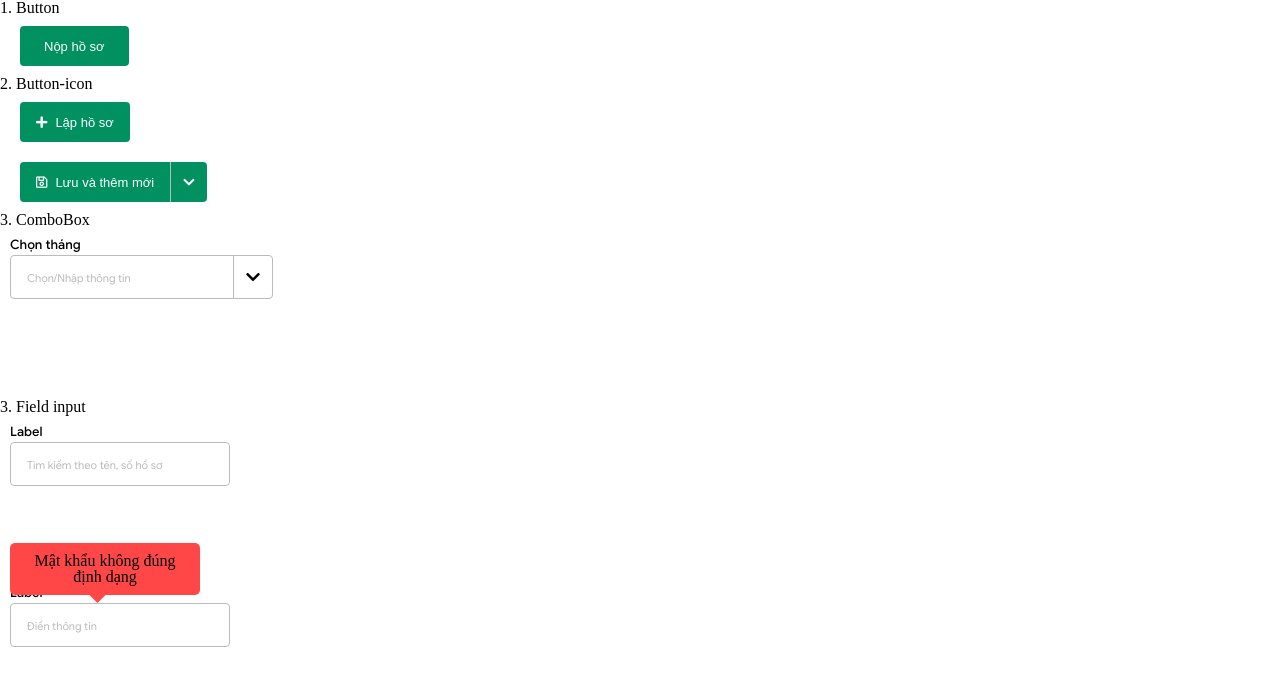
Repository: DAOVANLOI2K1/cukcuk_employeeGrid
Page: Page/index.html
The author's editor kept a copy of each file at every save. The page is drawn from the files as they stood at one save, then again after the next save.
The browser window is 1280 px wide. The pictures show the whole page.

Above is the page before, as saved 2022-06-28 09:57:18.

### Page/index.html
<!DOCTYPE html>
<html lang="en">
<head>
    <meta charset="UTF-8">
    <meta http-equiv="X-UA-Compatible" content="IE=edge">
    <meta name="viewport" content="width=\\, initial-scale=1.0">
    <link rel="stylesheet" href="../css/common/common.css">
    <link rel="stylesheet" href="../css/layout/reset.css">
    <link rel="stylesheet" href="../asset/font/fontawesome-5.15.1/css/all.min.css">
    <title>Document</title>
</head>
<body>
    <label>1. Button</label>
    <div class="row">
        <button class="ms-btn">Nộp hồ sơ</button>
    </div>
    <label>2. Button-icon</label>
    <div class="row">
        <button class="ms-btn ms-btn-icon"><i class="fas fa-plus icon"></i>Lập hồ sơ</button>
    </div>
    <div class="row">
        <button class="ms-btn ms-btn-icon btn2"><i class="far fa-save icon"></i>Lưu và thêm mới</button>
        <button class="ms-btn arrow-down"><i class="fas fa-chevron-down icon"></i></button>
    </div>
    <label>3. ComboBox</label>
    <div class="row">
        <h3 class="label">Chọn tháng</h3>
        <div class="combo_box">
            <input type="text" class="ms-input input1" id="input" placeholder="Chọn/Nhập thông tin">
            <i class="fas fa-chevron-down icon"></i>
            <div class="options-dropdown">
                <div class="option">
                    <i class="fas fa-check option_icon"></i>
                    <h3 class="option_text">Trạng thái 1</h3>
                </div>
                <div class="option">
                    <i class="fas fa-check option_icon"></i>
                    <h3 class="option_text">Trạng thái 2</h3>
                </div>
            </div>
        </div>
    </div>
    <label>3. Field input</label>
    <div class="row">
        <h3 class="label">Label</h3>
        <input type="text" class="ms-input" placeholder="Tìm kiếm theo tên, số hồ sơ">
    </div>
    <div class="row" style="margin-top: 100px;">
        <h3 class="label">Label</h3>
        <input type="text" class="ms-input" placeholder="Điền thông tin">
        <div class="error_box">
            <h2 class="error_message">Mật khẩu không đúng định dạng</h2>
        </div>
    </div>
    <script src="../js/main.js"></script>
</body>
</html>

### css/common/common.css
@import url(button.css);
@import url(input.css);
@import url(combobox.css);
@import url(fieldInput.css);

body {
    font-family: GoogleSans-Regular;
    box-sizing: border-box;
}

.row {
    margin-left: 10px;
}

@font-face {
    font-family: GoogleSans-Bold;
    src: url(../../asset/font/GoogleSans-Bold.otf);
}
@font-face {
    font-family: GoogleSans-Medium;
    src: url(../../asset/font/GoogleSans-Medium.otf);
}
@font-face {
    font-family: GoogleSans-Regular;
    src: url(../../asset/font/GoogleSans-Regular.otf);
}

### js/main.js
// click arrow combobox
document.querySelector('.combo_box .icon').addEventListener('click', function(e) {
    this.classList.toggle('active');
    document.getElementsByClassName('option')[1].classList.remove('active');
    document.getElementsByClassName('option')[0].classList.remove('active');
});
// click option drop combobox
document.getElementsByClassName('option')[0].addEventListener('click', function() {
    this.classList.add('active');
    document.getElementsByClassName('option')[1].classList.remove('active');
    document.getElementById('input').value = 'Trạng thái 1';
});
document.getElementsByClassName('option')[1].addEventListener('click', function() {
    this.classList.add('active');
    document.getElementsByClassName('option')[0].classList.remove('active');
    document.getElementById('input').value = 'Trạng thái 2';
});

### css/common/button.css
.ms-btn {
    margin: 10px;
    height: 40px;
    padding: 0 24px;
    color: #fff;
    background-color: #019160;
    border-radius: 4px;
    font-size: 13px;
    align-items: center;
    border: none;
    cursor: pointer;
    min-width: 100px;
    transition: all .1s linear;
}

.ms-btn:hover {
    background-color: #2fbe8e;
}

.ms-btn:active {
    background-color: #01b075;
}

.ms-btn-icon {
    padding: 0 16px;
    text-align: left;
    margin-right: 0;
}

.ms-btn-icon > .icon{
    margin-right: 8px;
}

.btn2 {
    border-top-right-radius: 0;
    border-bottom-right-radius: 0;
}

.arrow-down {
    padding: 0 12px;
    min-width: unset;
    margin-left: -4px;
    border-left: 1px solid #bbb;
    border-bottom-left-radius: 0;
    border-top-left-radius: 0;
}
.arrow-down:hover > .icon {
    transform: rotate(180deg);
}

### css/common/input.css
.ms-input {
    outline: none;
    padding-left: 16px;
    height: 40px;
    border: 1px solid #bbb;
    border-radius: 4px;
    width: 200px;
    font-size: 13px;
    color: #000;
}

.label {
    margin-top: 10px;
    margin-bottom: 4px;
    font-size: 13px;
    color: #000;
    font-family: GoogleSans-Medium;
}

.ms-input::placeholder {
    font-size: 11px;
    color: #bbb;
    font-family: GoogleSans-Regular;
}

.ms-input:focus {
    border-color: #019160;
}

### css/common/combobox.css
.input1 {
    padding-right: 45px;
}

.combo_box {
    position: relative;
    display: inline-block;
    margin-bottom: 100px;
}

.combo_box > .icon {
    position: absolute;
    top: 1px;
    right: 1px;
    padding: 13px 12px;
    border-left: 1px solid #bbb;
    border-top-right-radius: 4px;
    border-bottom-right-radius: 4px;
    cursor: pointer;
}
.icon.active {
    border-top-right-radius: 0;
    border-bottom-right-radius: 0;
    border-top-left-radius: 4px;
    border-bottom-left-radius: 4px;
    border-left: none;
    border-right: 1px solid #bbb;
    background-color: #e9ebee;
    transform: rotate(180deg);
}
.icon.active ~ .options-dropdown {
    opacity: 1;
    visibility: visible;
}

.options-dropdown {
    position: absolute;
    padding: 5px 0;
    top: 100%;
    left: 0;
    width: 100%;
    border-radius: 4px;
    box-shadow: 0 2px 5px 0 rgba(0, 0, 0, 0.432);
    opacity: 0;
    visibility: hidden;
    transition: all .1s linear;
}

.option {
    display: flex;
    align-items: center;
    height: 40px;
}

.option_icon {
    margin: 0 10px;
    font-size: 16px;
    opacity: 0;
}

.option:hover {
    background-color: #e9ebee;
}

.option.active {
    background-color: #019160;
    color: white;
}
.option.active > .option_icon{
    opacity: 1;
}

### css/common/fieldInput.css
.error_box {
    width: 150px;
    padding: 10px 20px;
    background-color: #ff4747;
    text-align: center;
    border-radius: 5px;
    position: relative;
    transform: translateY(-200%);
}

.error_box::before {
    content: "";
    position: absolute;
    bottom: -5px;
    right: 50%;
    width: 15px;
    height: 15px;
    background-color: #ff4747;
    transform: rotate(45deg);
}

Loaded but not shown: css/layout/reset.css (common file); asset/font/fontawesome-5.15.1/css/all.min.css (library)

After the next save:
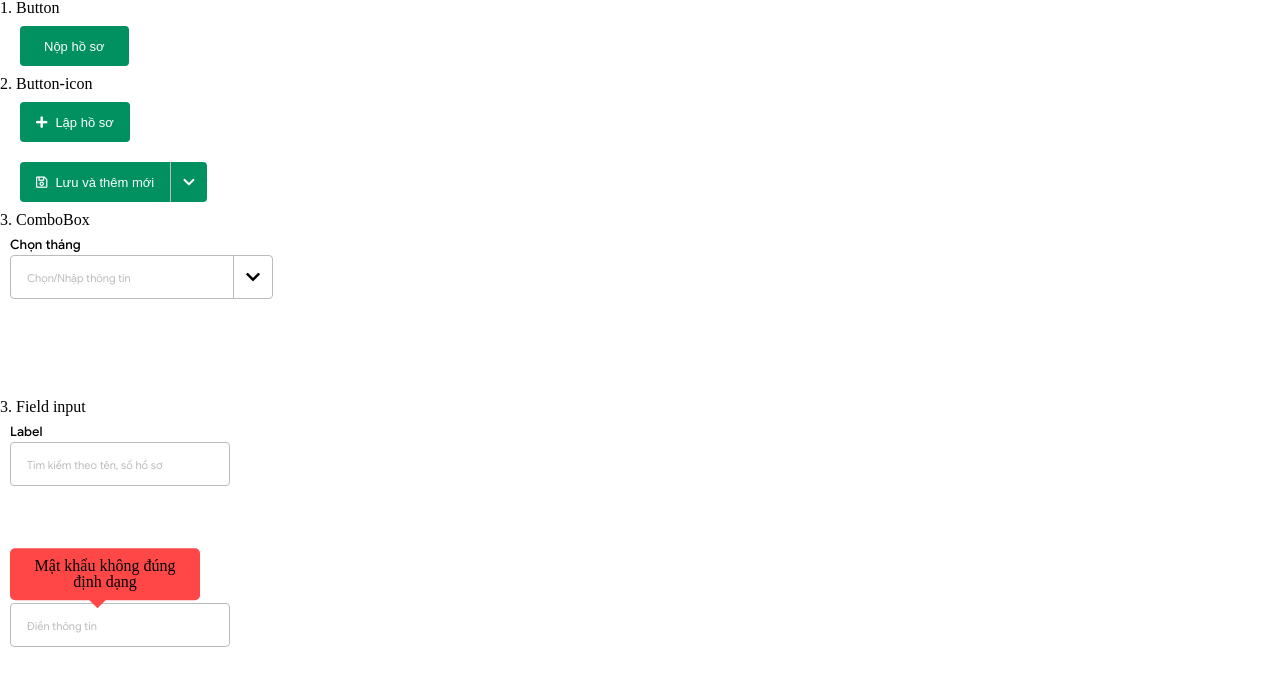
Saved 12 s later.
--- a/css/common/fieldInput.css
+++ b/css/common/fieldInput.css
@@ -5,7 +5,7 @@
     text-align: center;
     border-radius: 5px;
     position: relative;
-    transform: translateY(-200%);
+    transform: translateY(-190%);
 }
 
 .error_box::before {
